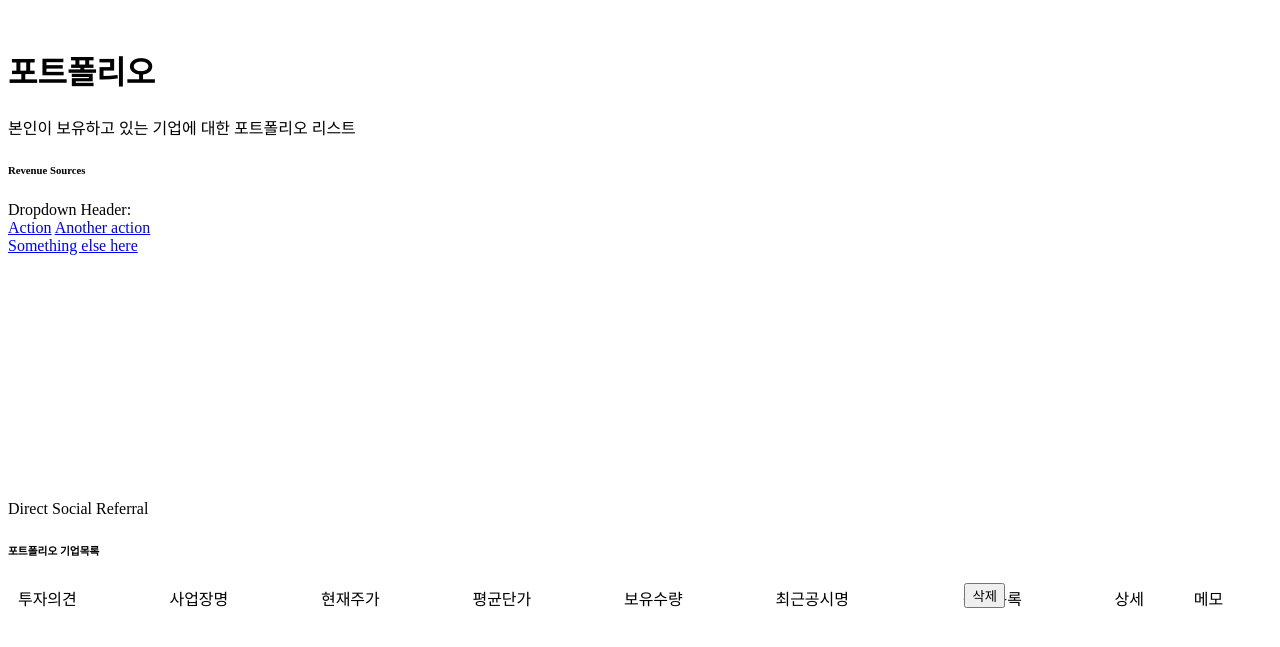
Repository: bangProgram/PJT_Finance
Page: http://localhost/Finance/WEB-INF/views/portfolio/portfolioDetail.jsp
An editor plug-in stored every save of this project. The page is shown before and after the next save, followed by the edit.
The browser window is 1280 px wide. The pictures show the whole page.
The page is served by Tomcat 9. Nobody is signed in. Other server files are loaded and not shown. The template is opened directly, without the code that normally fills it, so the values that code supplies are empty.

Above is the page before, as saved 2022-11-10 06:51:16.
Console error: SyntaxError: Unexpected token ','

### Finance/src/main/webapp/WEB-INF/views/portfolio/portfolioDetail.jsp
<%@ page pageEncoding="UTF-8" contentType="text/html;charset=utf-8"%>
<%@ taglib prefix="fmt" uri="http://java.sun.com/jsp/jstl/fmt"%>
<%@ taglib uri="http://java.sun.com/jsp/jstl/core" prefix="c"%>
<script src="https://code.jquery.com/jquery-3.4.1.min.js"></script>﻿
<script type="text/javascript">
	var toggleChk = true;
	$(document).ready(function(){

		$("#portCorpList").dataTable({
			lengthMenu: [ 12, 18, 24, 30, 36 ],
		 	data: ${getPortCorpJson},
		 	destroy: true,
		 	columns: [
		  		{ "data": '',
		  			"defaultContent" : '',
		  			"render": function(data, type, row, meta){
		  	            if(type === 'display'){
		  	            	data = '<input type="checkbox" name="del_chk" id="del_chk" value="'+row.CORP_CODE+'" title="삭제 체크박스">';
		  	            }

		  	            return data;
		  	         }
		  		},
		  		{ "data": 'INVEST_OPINION',
		  			"render": function(data, type, row, meta){
		  				if(row.INVEST_OPINION != null && row.INVEST_OPINION != ''){
		  					if(type === 'display'){
			  	                data = row.INVEST_OPINION;
			  	            }
		  				}else{
		  					data = "없음";
		  				}

		  	            return data;
		  	         }
		  		},
		  		{ data: 'CORP_NAME' },
		  		{ "data": '',
		  			"defaultContent" : '',
		  			"render": function(data, type, row, meta){
		  	            if(type === 'display'){
		  	                data = '';
		  	            }

		  	            return data;
		  	         }
		  		},
		  		{ "data": 'AVR_PRICE',
		  			"render": function(data, type, row, meta){
		  				if(row.AVR_PRICE != null && row.AVR_PRICE != ''){
		  					if(type === 'display'){
			  	                data = row.AVR_PRICE;
			  	            }
		  				}else{
		  					data = "없음";
		  				}

		  	            return data;
		  	         }
		  		},
		  		{ "data": 'HOLD_QUANTITY',
		  			"render": function(data, type, row, meta){
		  				if(row.HOLD_QUANTITY != null && row.HOLD_QUANTITY != ''){
		  					if(type === 'display'){
			  	                data = row.HOLD_QUANTITY;
			  	            }
		  				}else{
		  					data = "없음";
		  				}

		  	            return data;
		  	         }
		  		},
		  		{ "data": '',
		  			"defaultContent" : '',
		  			"render": function(data, type, row, meta){
		  	            if(type === 'display'){
		  	                data = '<a href="#" onclick="openReportPop(\''+row.REPRT_NO+'\',\''+row.REPRT_NM+'\')" >'+row.REPRT_NM+'</a>';
		  	            }

		  	            return data;
		  	         }
		  		},
		  		{ "data": '',
		  			"defaultContent" : '',
		  			"render": function(data, type, row, meta){
		  	            if(type === 'display'){
		  	            	 data = '<a href="#" onclick="openReportList(\''+row.CORP_CODE+'\',\''+row.CORP_NAME+'\')" class="btn btn-light btn-icon-split"><span class="icon text-gray-600"><i class="fas fa-flag"></i></span></a>';
		  	            }

		  	            return data;
		  	         }
		  		},
		  		{ "data": '',
		  			"defaultContent" : '',
		  			"render": function(data, type, row, meta){
		  	            if(type === 'display'){
		  	            	data = '<a href="#" class="btn btn-info btn-circle btn-sm"><i class="fas fa-info-circle"></i></a>';
		  	            }

		  	            return data;
		  	         }
		  		},
		  		{ "data": 'MEMO',
		  			"render": function(data, type, row, meta){
		  				if(row.MEMO != null && row.MEMO != ''){
		  					if(type === 'display'){
			  	                data = '<a href="#" class="btn btn-info btn-circle btn-sm"><i class="fas fa-info-circle"></i></a>';
			  	            }
		  				}else{
		  					data = "없음";
		  				}

		  	            return data;
		  	         }
		  		}
		  	]
		});
	});

	function delInterest(corpCd,corpNm,stockCd){
		var frm = document.form;

		if(!confirm('\''+corpNm+'\'을 관심목록에서 삭제하시겠습니까?')) return;

		$("#corpCd").val(corpCd);
		$("#corpNm").val(corpNm);
		$("#stockCd").val(stockCd);

		frm.action = "/interest/del/cud";
		frm.submit();
	}

	function addPortfolio(corpCd,corpNm,stockCd){
		var url = "/portfolio/add/cud";

		if(!confirm('\''+corpNm+'\'을 포트폴리오에 추가하시겠습니까?')) return;

		$.ajax({
			type : 'post',           // 타입 (get, post, put 등등)
			url : url,           // 요청할 서버url
			data : {
				CORP_CODE 	: corpCd,
				CORP_NAME	: corpNm,
				STOCK_CODE 	: stockCd,
			},
			dataType : 'json',
			success : function(data) { // 결과 성공 콜백함수
				$('#dataTables').css("animation-name","add");
				$('#dataTables').css("animation-duration","2.5s");
			},
			error : function(request, status, error) {
				console.log(error)
			}
		})
	}

	function openReportPop(reprtNo,reprtNm){
        var url = "https://dart.fss.or.kr/dsaf001/main.do?rcpNo="+reprtNo;
        var name = reprtNm;
        var option = "width = 500, height = 1500, top = 100, left = 200, location = no"
        window.open(url, name, option);
    }

	function openReportList(corpCd,corpNm){
        var url = "/popup/dart/report/list?corpCd="+corpCd;
        var name = corpNm + " 공시 목록";
        var option = "width = 1500, height = 1500, top = 100, left = 200, location = no"
        window.open(url, name, option);
    }

	function delPortCorp(){
		var frm = document.searchForm;
		var delChks = "";

		var i = 0;
		$("input[name=del_chk]:checked").each(function(){
			if(i==0){
				delChks += $(this).val();
			}else{
				delChks += ","+$(this).val();
			}
			i++;
		});

		if(i == 0){
			alert("삭제할 사업장을 선택해 주세요.");
			return;
		}

		var corpCd = "";

		if(!confirm('체크된 사업장을 포트폴리오에서 삭제하시겠습니까?')) return;

		$("#corpCds").val(delChks);

		frm.action = "/portfolio/del/cud";
		frm.submit();
	}

</script>

<style>
@keyframes add {
	from{background : lightgreen;}
	to{background : transparent;}
}

@keyframes del {
	from{background : indianred;}
	to{background : transparent;}
}

@keyframes search {
	from{background : lightsteelblue;}
	to{background : transparent;}
}

</style>
<html>
<head>
<title>사업장 목록</title>
</head>
<body>
<div class="container-fluid">
	<form name="searchForm" method="post">
	<input type="hidden" name="pYearList" id="pYearList" value="${yearString}" title="조회 년도 목록">
	<input type="hidden" name="pQuaterList" id="pQuaterList" value="${quaterString}" title="조회 년도 목록">
	<input type="hidden" name="pStartYear" id="pStartYear" class="pSearchYear" value="${pStartYear}" title="조회 시작년도">
	<input type="hidden" name="pEndYear" id="pEndYear" class="pSearchYear" value="${pEndYear}" title="조회 시작년도">

	<input type="hidden" name="corpCds" id="corpCds" value="" title="삭제대상 사업장코드(복수)">
    </form>
</div>

<div class="container-fluid">

	<!-- Page Heading -->
	<h1 class="h3 mb-2 text-gray-800">포트폴리오</h1>
	<p class="mb-4">본인이 보유하고 있는 기업에 대한 포트폴리오 리스트
		<span id=""></span>
	</p>

	<div class="col-xl-4 col-lg-5">
	    <div class="card shadow mb-4">
	        <!-- Card Header - Dropdown -->
	        <div class="card-header py-3 d-flex flex-row align-items-center justify-content-between">
	            <h6 class="m-0 font-weight-bold text-primary">Revenue Sources</h6>
	            <div class="dropdown no-arrow">
	                <a class="dropdown-toggle" href="#" role="button" id="dropdownMenuLink" data-toggle="dropdown" aria-haspopup="true" aria-expanded="false">
	                    <i class="fas fa-ellipsis-v fa-sm fa-fw text-gray-400"></i>
	                </a>
	                <div class="dropdown-menu dropdown-menu-right shadow animated--fade-in" aria-labelledby="dropdownMenuLink">
	                    <div class="dropdown-header">Dropdown Header:</div>
	                    <a class="dropdown-item" href="#">Action</a>
	                    <a class="dropdown-item" href="#">Another action</a>
	                    <div class="dropdown-divider"></div>
	                    <a class="dropdown-item" href="#">Something else here</a>
	                </div>
	            </div>
	        </div>
	        <!-- Card Body -->
	        <div class="card-body">
	            <div class="chart-pie pt-4 pb-2"><div class="chartjs-size-monitor"><div class="chartjs-size-monitor-expand"><div class=""></div></div><div class="chartjs-size-monitor-shrink"><div class=""></div></div></div>
	                <canvas id="myPieChart" width="470" height="245" style="display: block; width: 470px; height: 245px;" class="chartjs-render-monitor"></canvas>
	            </div>
	            <div class="mt-4 text-center small">
	                <span class="mr-2">
	                    <i class="fas fa-circle text-primary"></i> Direct
	                </span>
	                <span class="mr-2">
	                    <i class="fas fa-circle text-success"></i> Social
	                </span>
	                <span class="mr-2">
	                    <i class="fas fa-circle text-info"></i> Referral
	                </span>
	            </div>
	        </div>
	    </div>
	</div>

	<!-- DataTales Example -->
    <div class="card shadow mb-4">
        <div class="card-header py-3" id="dataTables">
            <h6 class="m-0 font-weight-bold text-primary">포트폴리오 기업목록</h6>
            <div style="position: absolute; right: 275px; z-index: 1;">
				<button class="dt-button buttons-excel buttons-html5 btn btn-outline-primary excelBtn" tabindex="0" aria-controls="portCorpList" onclick="delPortCorp(); return false;">
					<span>삭제</span>
				</button>
			</div>
        </div>
        <div class="card-body">
            <div class="table-responsive" >
                <table id="portCorpList" class="table table-bordered" id="dataTable" width="100%" >
                    <thead id="tableHead">
			            <tr>
			            	<td></td>
							<td>투자의견</td>
							<td>사업장명</td>
							<td>현재주가</td>
							<td>평균단가</td>
							<td>보유수량</td>
							<td>최근공시명</td>
							<td>공시목록</td>
							<td>상세</td>
							<td>메모</td>
						</tr>
			        </thead>
			        <tbody id="bodyList">
			        </tbody>
                </table>
            </div>
        </div>
    </div>
</div>
</body>
</html>

After the next save:
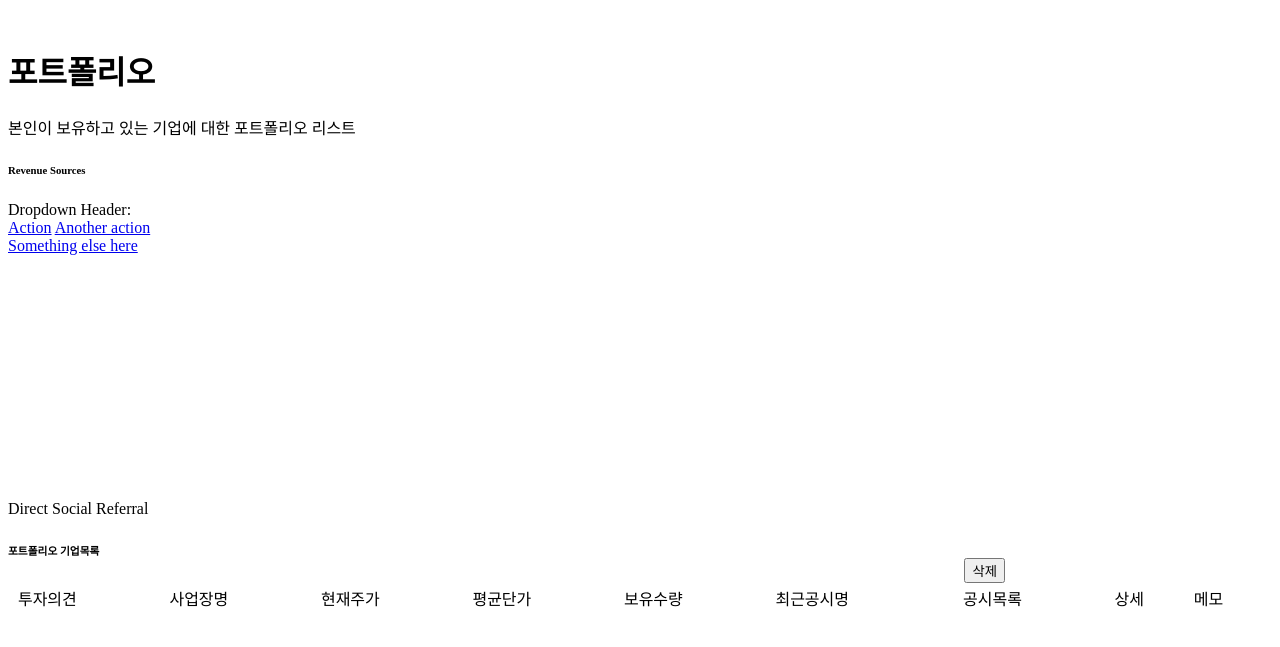
Saved 96 s later.
--- a/Finance/src/main/webapp/WEB-INF/views/portfolio/portfolioDetail.jsp
+++ b/Finance/src/main/webapp/WEB-INF/views/portfolio/portfolioDetail.jsp
@@ -282,12 +282,13 @@
 	<!-- DataTales Example -->
     <div class="card shadow mb-4">
         <div class="card-header py-3" id="dataTables">
-            <h6 class="m-0 font-weight-bold text-primary">포트폴리오 기업목록</h6>
-            <div style="position: absolute; right: 275px; z-index: 1;">
+            <h6 class="m-0 font-weight-bold text-primary">포트폴리오 기업목록
+				<div style="position: absolute; right: 275px; z-index: 1;">
 				<button class="dt-button buttons-excel buttons-html5 btn btn-outline-primary excelBtn" tabindex="0" aria-controls="portCorpList" onclick="delPortCorp(); return false;">
 					<span>삭제</span>
 				</button>
 			</div>
+            </h6>
         </div>
         <div class="card-body">
             <div class="table-responsive" >

After the 2 saves that followed:
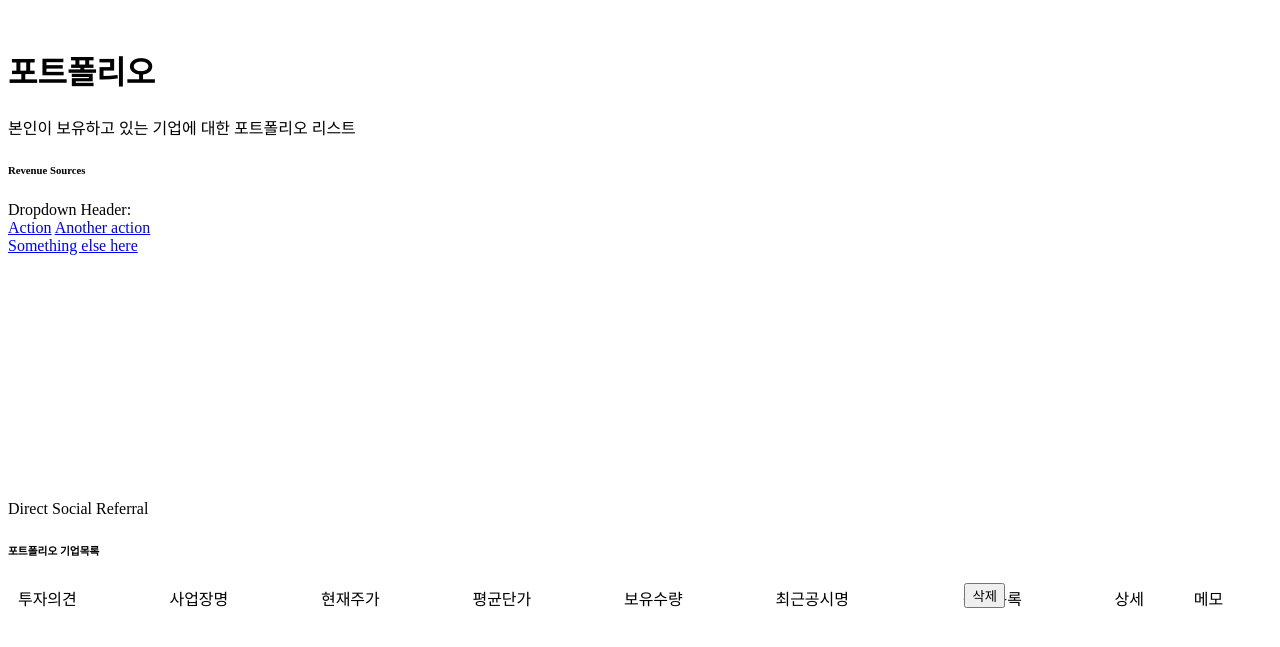
The 2 saves are shown as one change because 1 left the picture as it was.
The last was saved 65 s later.
--- a/Finance/src/main/webapp/WEB-INF/views/portfolio/portfolioDetail.jsp
+++ b/Finance/src/main/webapp/WEB-INF/views/portfolio/portfolioDetail.jsp
@@ -282,13 +282,12 @@
 	<!-- DataTales Example -->
     <div class="card shadow mb-4">
         <div class="card-header py-3" id="dataTables">
-            <h6 class="m-0 font-weight-bold text-primary">포트폴리오 기업목록
-				<div style="position: absolute; right: 275px; z-index: 1;">
+            <h6 class="m-0 font-weight-bold text-primary">포트폴리오 기업목록</h6>
+            <div style="position: absolute; right: 275px; z-index: 1;">
 				<button class="dt-button buttons-excel buttons-html5 btn btn-outline-primary excelBtn" tabindex="0" aria-controls="portCorpList" onclick="delPortCorp(); return false;">
 					<span>삭제</span>
 				</button>
 			</div>
-            </h6>
         </div>
         <div class="card-body">
             <div class="table-responsive" >
